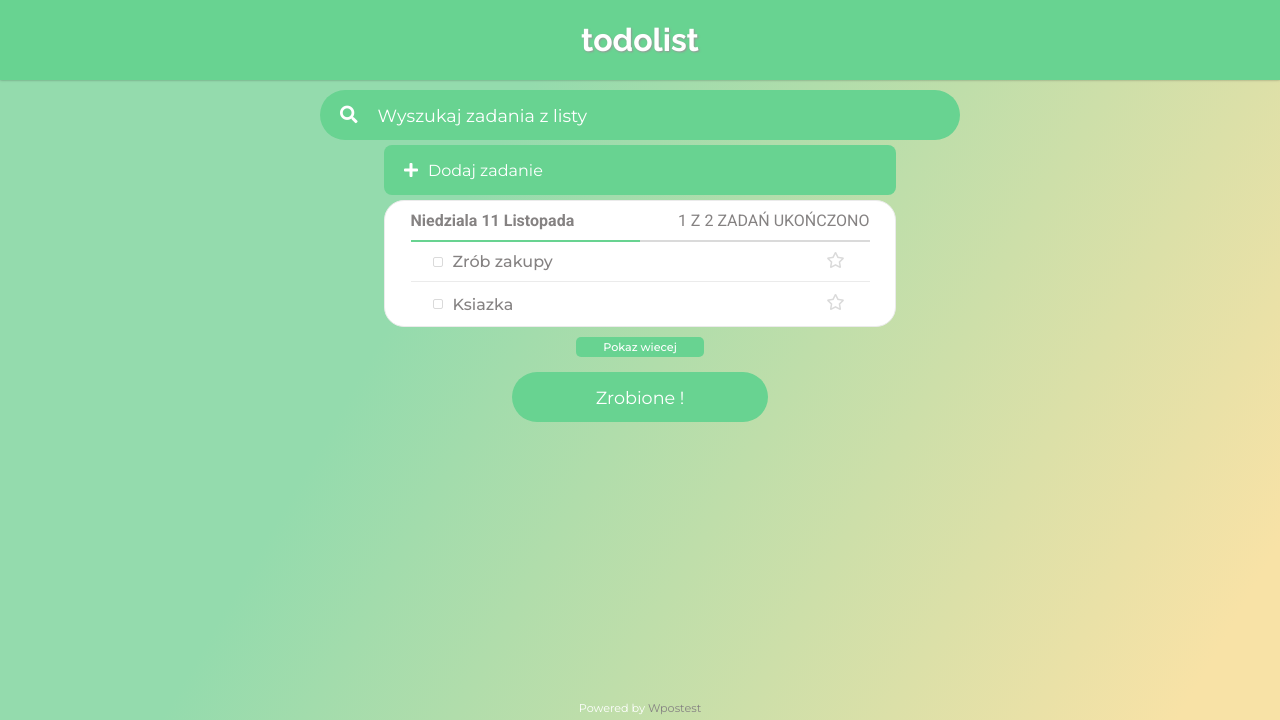
Repository: Wpostest/todolist
Page: src/index.html
These files come from the project's save history. The page is drawn as it stood at one moment and after the next save; the edit follows.
The browser window is 1280 px wide. The pictures show the whole page.
Some web libraries are served in a nearby version. The style sheet was rebuilt from its Sass, Less or Tailwind sources for each picture, by a compiler version that may differ from the author's.

Above is the page before, as saved 2020-01-29 15:27:09.

After the next save:
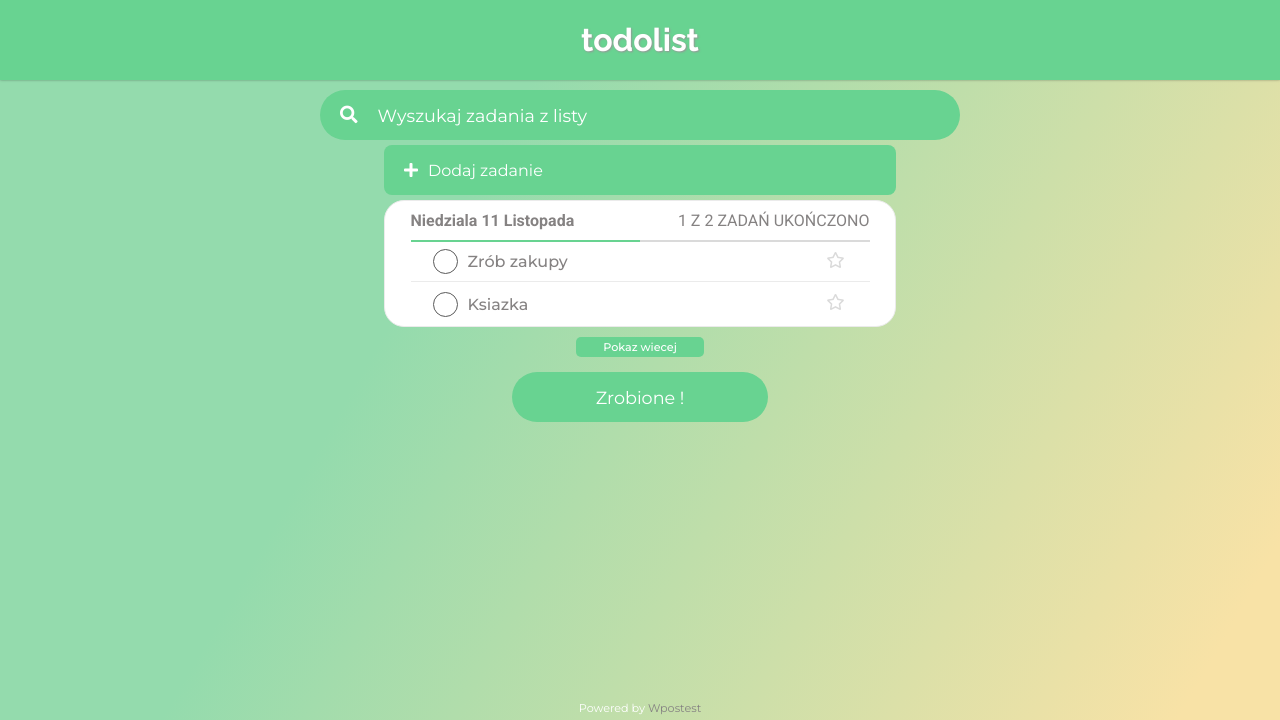
Saved 10 min 56 s later.
--- a/src/sass/components/checkboxes/checkbox_done.scss
+++ b/src/sass/components/checkboxes/checkbox_done.scss
@@ -2,11 +2,11 @@
     position: relative;
     -webkit-appearance: none;
     display: inline-block;
-    width: 10px;
-    height: 10px;
+    width: 25px;
+    height: 25px;
     background-color: #fff;
-    border-radius: 2px;
-    border: 1px solid #dadada;
+    border-radius: 50%;
+    border: 1px solid rgb(90, 90, 90);
     outline: none;
     margin-left: 22px;
     margin-right: 10px;
